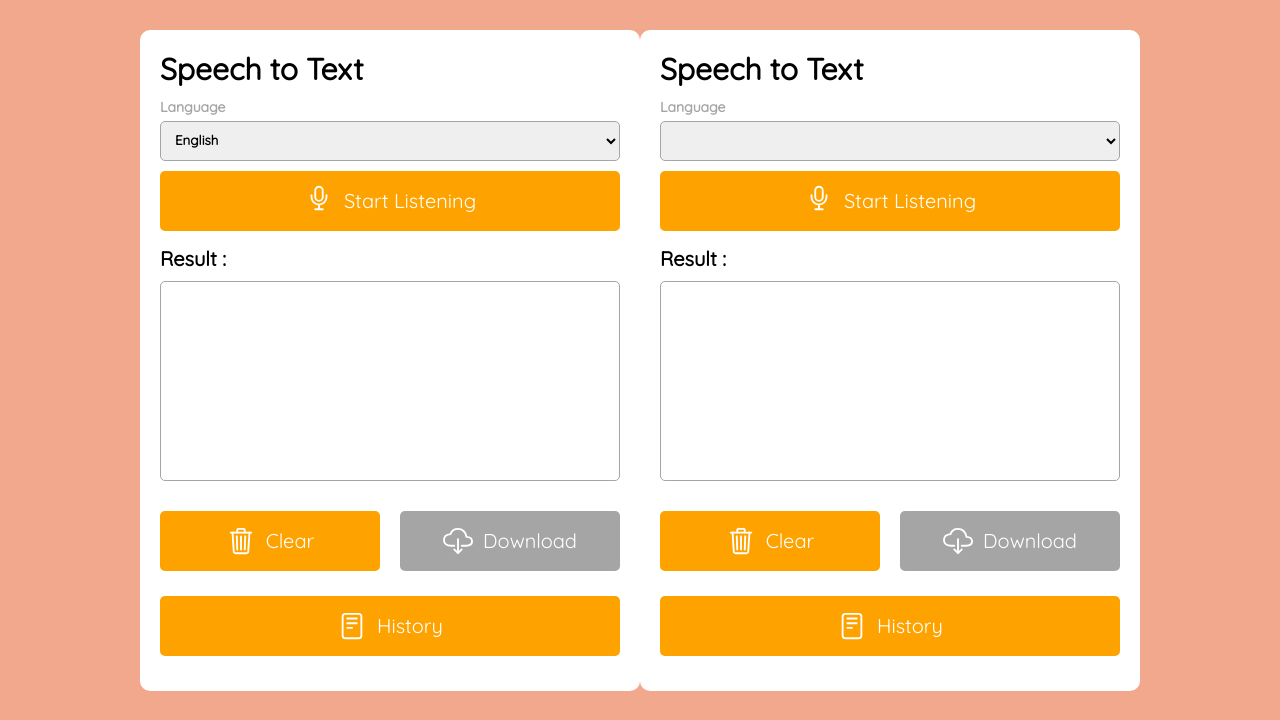
Repository: tsthuy/SpeechToText
Page: index.html
The author's editor kept a copy of each file at every save. The page is drawn from the files as they stood at one save, then again after the next save.
The browser window is 1280 px wide. The pictures show the whole page.

Above is the page before, as saved 2023-08-28 03:56:00.

After the next save:
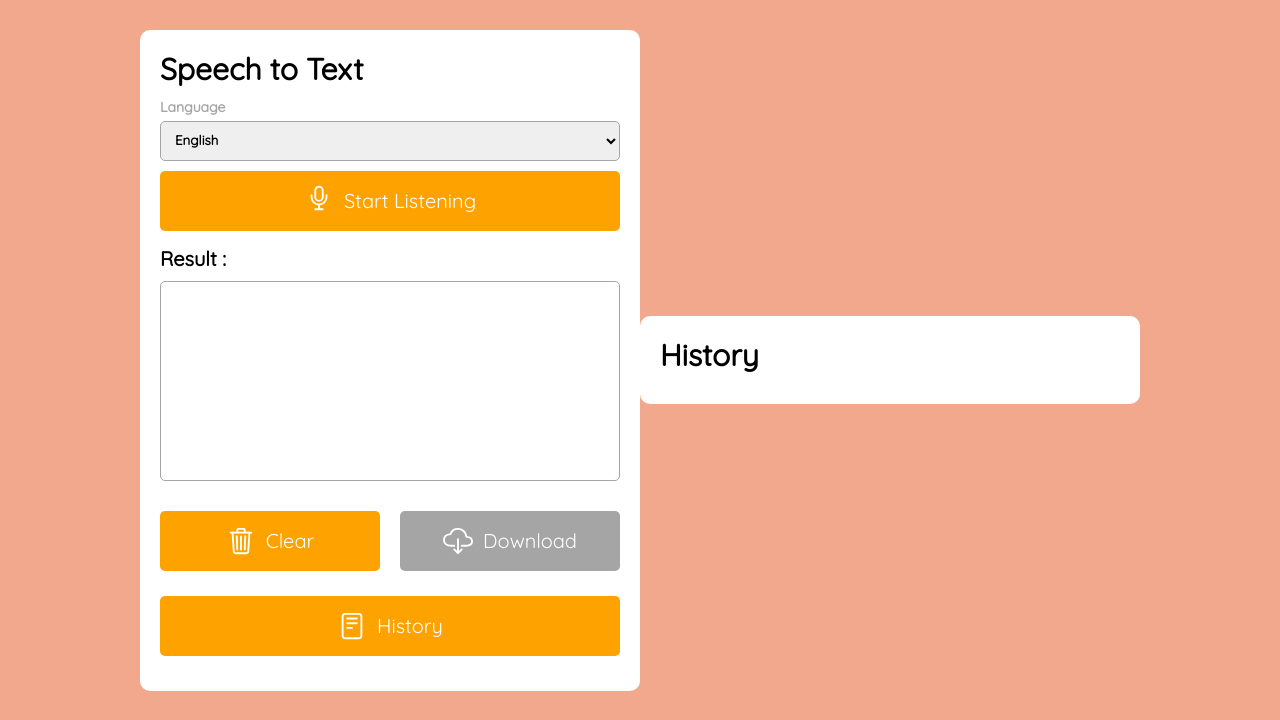
Saved 69 s later.
--- a/index.html
+++ b/index.html
@@ -52,45 +52,7 @@
       </div>
     </div>
     <div class="container">
-      <p class="heading">Speech to Text</p>
-      <div class="options">
-        <div>
-          <p>Language</p>
-          <select name="input-language" id="language"></select>
-        </div>
-      </div>
-      <button class="btn record">
-        <div class="icon">
-          <ion-icon name="mic-outline"></ion-icon>
-          <img src="record.svg" alt="" />
-        </div>
-        <p>Start Listening</p>
-      </button>
-      <p class="heading receive">Result :</p>
-      <div
-        class="result"
-        spellcheck="false"
-        placeholder="Text will be shown here"
-      >
-        <p class="interim"></p>
-      </div>
-      <div class="buttons">
-        <button class="btn clear">
-          <ion-icon name="trash-outline"></ion-icon>
-          <p>Clear</p>
-        </button>
-        <button class="btn download" disabled>
-          <ion-icon name="cloud-download-outline"></ion-icon>
-          <p>Download</p>
-        </button>
-      </div>
-      <div class="buttons">
-        <button class="btn store">
-          <ion-icon name="reader-outline"></ion-icon>
-          <p>History</p>
-        </button>
-
-      </div>
+      <p class="heading">History</p>
     </div>
 
     <!-- ion-icon -->
